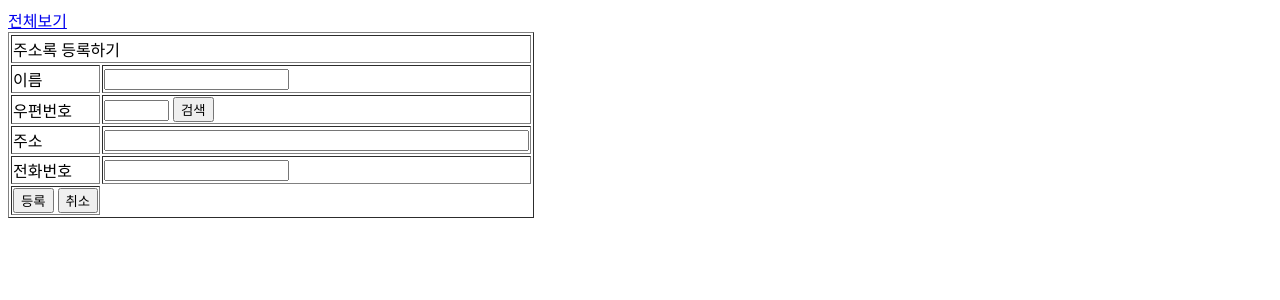
Repository: yubeens/JSP
Page: http://localhost/JSP_Project/address/insert.jsp
These files come from the project's save history. The page is drawn as it stood at one moment and after the next save; the edit follows.
The browser window is 1280 px wide. The pictures show the whole page.
The page is served by Tomcat 9. Other server files are loaded and not shown.

Above is the page before, as saved 2025-02-28 01:16:55.

### JSP_Project/src/main/webapp/address/insert.jsp
<%@ page language="java" contentType="text/html; charset=UTF-8"
    pageEncoding="UTF-8"%>
<!DOCTYPE html>
<html>
<head>
<meta charset="UTF-8">
<title>Insert title here</title>
</head>
<body>
<a href=#>전체보기</a>
<form action="insert_process.jsp" method="post">
        <table border=1>
        	<tr>
        		<td colspan="2">주소록 등록하기</td>
            <tr>
                <td>이름</td>
                <td><input type="text" name="name"></td>
            </tr>
            <tr>
                <td>우편번호</td>
                <td>
                    <input type="text" size=5 name="zipcode">
                    <button type="button">검색</button>
                </td>
            </tr>
            <tr>
                <td>주소</td>
                <td><input type="text" size=50 name="address"></td>
            </tr>
            <tr>
                <td>전화번호</td>
                <td><input type="text" name="phone"></td>
            </tr>
            <tr>
                <td>
                    <button type="submit" value="등록">등록</button>
                    <button type="reset" value="취소">취소</button>
                </td>
            </tr>
        </table>
    </form>

</body>
</html>

After the next save:
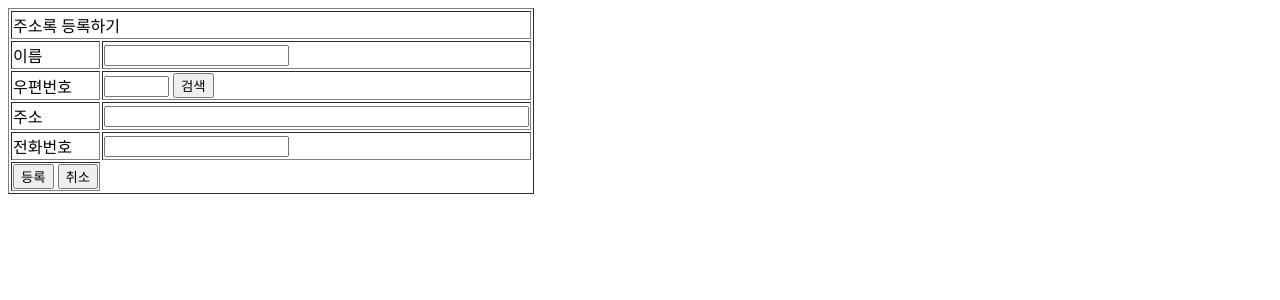
Saved 27 s later.
--- a/JSP_Project/src/main/webapp/address/insert.jsp
+++ b/JSP_Project/src/main/webapp/address/insert.jsp
@@ -7,7 +7,6 @@
 <title>Insert title here</title>
 </head>
 <body>
-<a href=#>전체보기</a>
 <form action="insert_process.jsp" method="post">
         <table border=1>
         	<tr>
